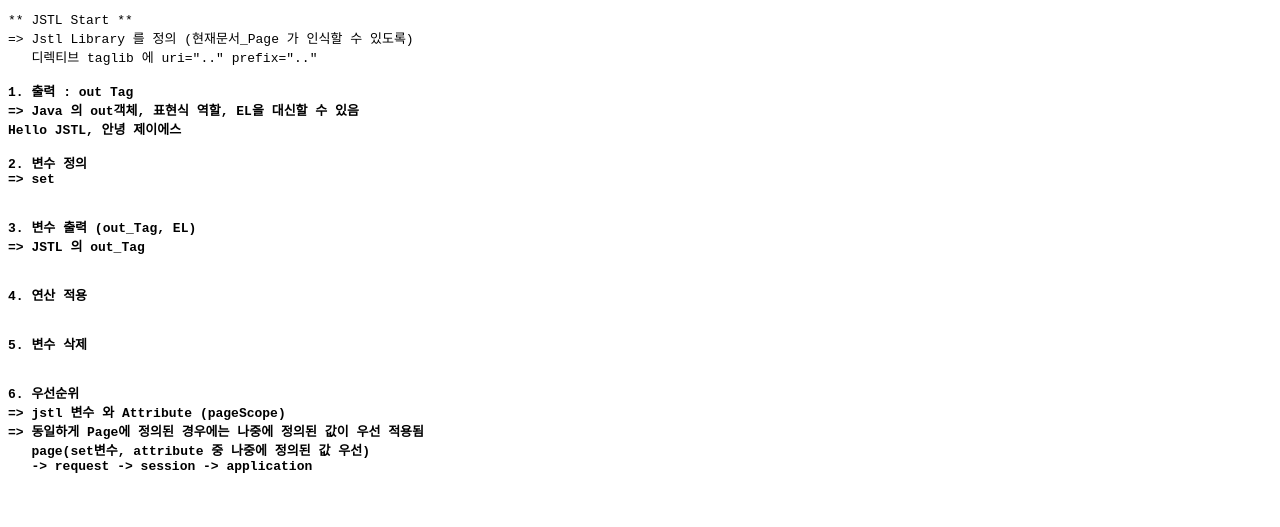
Repository: nameground/Java
Page: http://localhost/Web01/jsp05_JSTL/ex01_JSTLStart.jsp
An editor plug-in stored every save of this project. The page is shown before and after the next save, followed by the edit.
The browser window is 1280 px wide. The pictures show the whole page.
The page is served by Tomcat 9. Nobody is signed in. The application's start-up code is not run.

Above is the page before, as saved 2023-10-13 06:02:20.

After the next save:
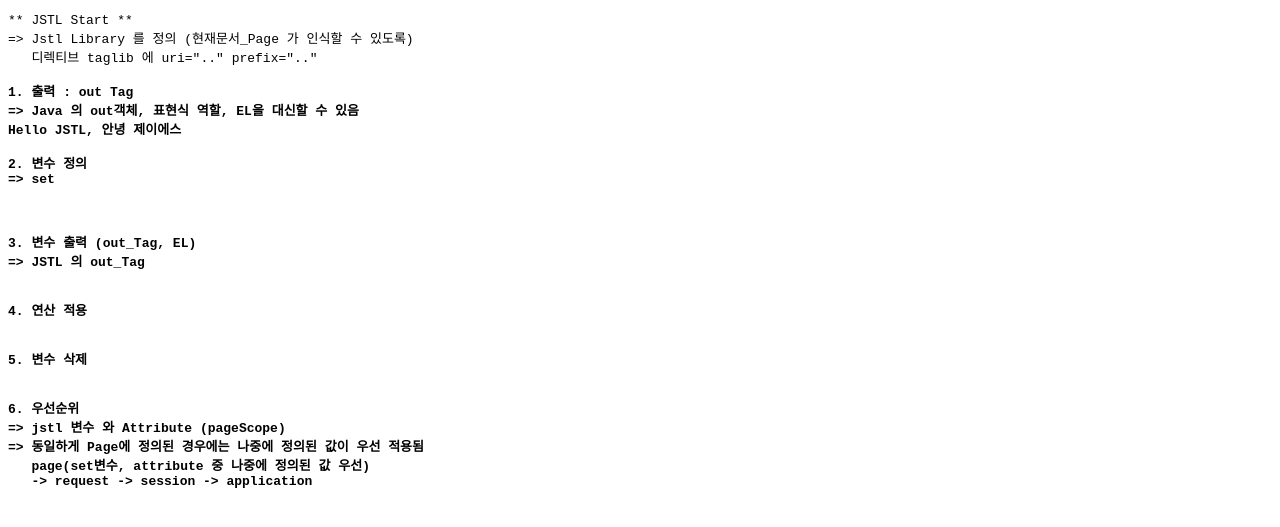
Saved 28 s later.
--- a/mTest/Mywork/Web01/src/main/webapp/jsp05_JSTL/ex01_JSTLStart.jsp
+++ b/mTest/Mywork/Web01/src/main/webapp/jsp05_JSTL/ex01_JSTLStart.jsp
@@ -20,6 +20,7 @@
 2. 변수 정의
 => set
 <c:set value ="풩길풩" var = "name" />
+<c:set value ="22" var = "age"/>
 
 3. 변수 출력 (out_Tag, EL)
 => JSTL 의 out_Tag
